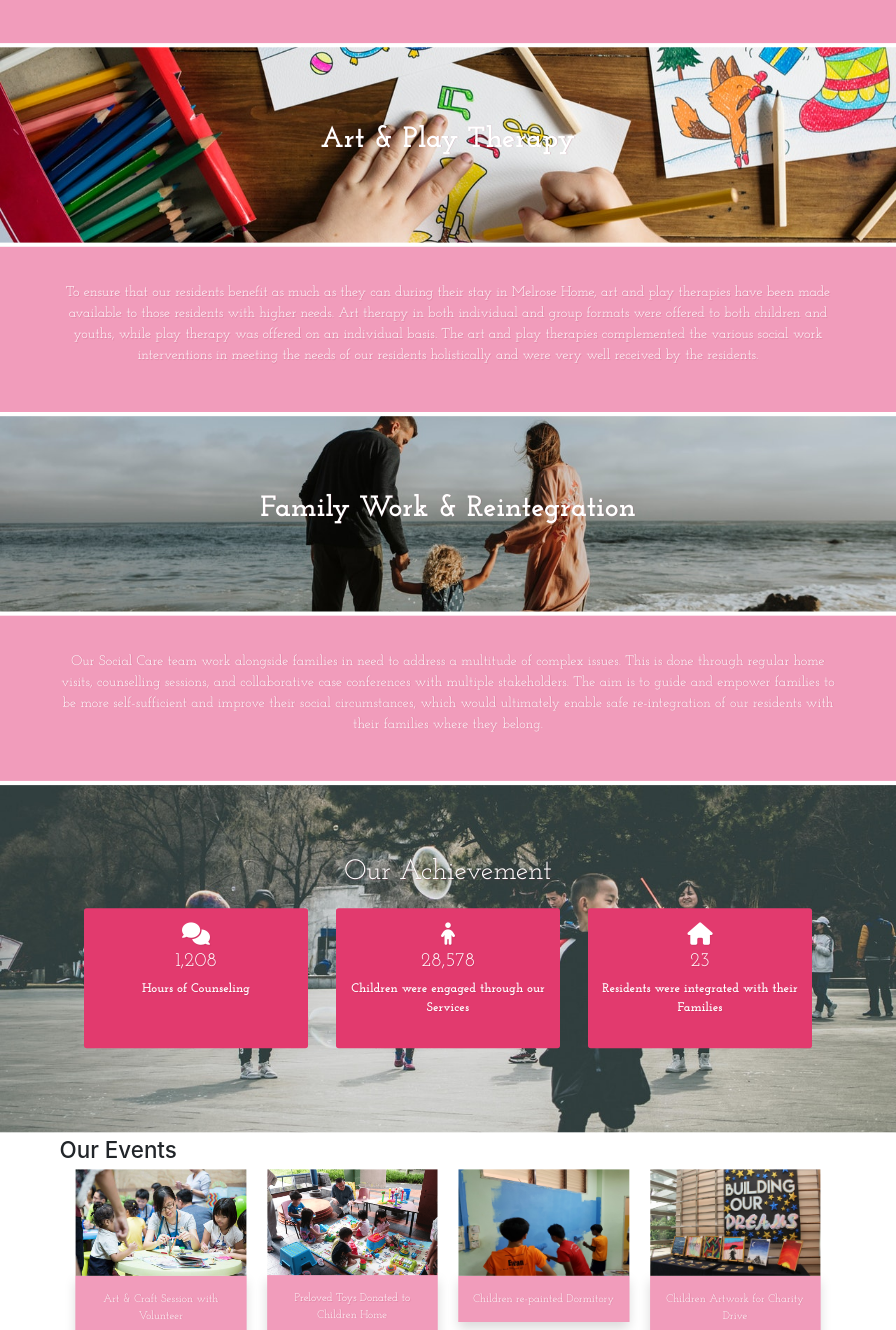
Repository: Code-Institute-Submissions/Jasonngyt-Project1
Page: services.html
The author's editor kept a record of every edit. The page is drawn from the files as they stood at one moment, then again after the next edit.
The browser window is 1280 px wide. The pictures show the part of the page from y = 602 to 2502 px (the page is 2837 px tall before and 3095 px after), at 70% of full size.
A picture or video elsewhere on the page could not be fetched, so the positions and the page height are approximate. Backgrounds fixed to the window are drawn as part of the page. Some web fonts or font styles are not loaded; a fallback is used. Some web libraries are served in a nearby version.

Above is the page before.

### services.html
<!DOCTYPE html>
<html lang="en">
<head>
    <meta charset="UTF-8">
    <meta name="viewport" content="width=device-width, initial-scale=1.0">
    <meta http-equiv="X-UA-Compatible" content="ie=edge">
    <title>Our Services</title>

    <!-- Bootsrap CSS -->
    <link rel="stylesheet" href="https://stackpath.bootstrapcdn.com/bootstrap/4.3.1/css/bootstrap.min.css" integrity="sha384-ggOyR0iXCbMQv3Xipma34MD+dH/1fQ784/j6cY/iJTQUOhcWr7x9JvoRxT2MZw1T" crossorigin="anonymous">

    <!-- Font Awesome -->
    <script src="https://kit.fontawesome.com/749eb0769b.js"></script>

    <!--Google Font -->
    <link href="https://fonts.googleapis.com/css?family=Josefin+Slab|Mansalva&display=swap" rel="stylesheet">

    <!-- mystyle.css -->
    <link rel="stylesheet" href="CSSstyle/mystyle2.css" type="text/css"/>

</head>
<body>

    <!-- Header Navbar -->
    <nav class="navbar navbar-expand-md navbar-light font-weight-bold header_nav">
        <div class="container-fluid d-inline-flex">
            <a class="navbar-brand" href="index.html">
            <img src ="image/logo.png" style="max-width: 100px;"></a>
            <button class="navbar-toggler" type="button" data-toggle="collapse" data-target="#navbarSupportedContent">
                <span class="navbar-toggler-icon"></span>
            </button>

            <div class="collapse navbar-collapse" id="navbarSupportedContent">
                <ul class="navbar-nav ml-auto">
                    <li class="nav-item active">
                        <a class="nav-link nav text-uppercase" href="index.html"><strong>Home</strong><span class="sr-only">(current)</span></a>
                    </li>
                    <li class="nav-item">
                        <a class="nav-link text-uppercase" href="services.html"><strong>Our Services</strong></a>
                    </li>
                    <li class="nav-item">
                        <a class="nav-link text-uppercase" href="enquiry.html" tabindex="-1"><strong>Contact Us</strong></a>
                    </li>
                </ul>
            </div>
        </div>
    </nav>


    <!-- Our Services -->

    <h2>Our Services</h2>
    <div class="service1_photo font-weight-bold">
        <p>Casework & Counselling</p>
    </div>

    <div class="service_word">
        <p class="container">
            Residents in our care are provided individually tailored Care Plans, managed by our Social and Case Workers.
            Casework interventions, therapeutic services and counselling support, are other important services provided
            to address the various behavioural, social and emotional needs of our residents.
        </p>
    </div>

    <div class="service2_photo font-weight-bold">
        <p>Art & Play Therapy</p>
    </div>

    <div class="service_word">
        <p class="container">
            To ensure that our residents benefit as much as they can during their stay in Melrose Home, art and play therapies have been made available to those residents with higher needs.
            Art therapy in both individual and group formats were offered to both children and youths, while play therapy was offered on an individual basis.
            The art and play therapies complemented the various social work interventions in meeting the needs of our residents holistically and were very well received by the residents.
        </p>
    </div>

     <div class="service3_photo font-weight-bold">
        <p>Family Work & Reintegration</p>
    </div>

    <div class="service_word">
        <p class="container">
            Our Social Care team work alongside families in need to address a multitude of complex issues.  This is done through regular home visits, counselling sessions, and collaborative case conferences with multiple stakeholders.
            The aim is to guide and empower families to be more self-sufficient and improve their social circumstances, which would ultimately enable safe re-integration of our residents with their families where they belong.
        </p>
    </div>


     <!-- Our Achievement -->

    <div class="container-fluid achievement_photo">
        <h1>Our Achievement</h1>
        <div class="row justify-content-center">
            <div class="achievement rounded col-sm-11 col-md-3 font-weight-bold text-center"><h2 class="fas fa-comments"></h2><h3>1,208</h3> <p> Hours of Counseling </p></div>
            <div class="achievement rounded col-sm-11 col-md-3 font-weight-bold text-center"><h2 class="fas fa-child"></h2><h3>28,578</h3> <p> Children were engaged through our Services </p></div>
            <div class="achievement rounded col-sm-11 col-md-3 font-weight-bold text-center"><h2 class="fas fa-home"></h2><h3>23</h3> <p> Residents were integrated with their Families </p></div>
        </div>
    </div>


    <!-- Our Event -->

    <div class="container">
        <h2>Our Events</h2>
        <div class="row m-2">
            <div class="col-sm-5 col-md-3 card-img-top"><img src ="image/event1_photo.jpg" class ="w-100">
                <div class="card-body text-center shadow event_style">Art & Craft Session with Volunteer</div>
            </div>
            <div class="col-sm-5 col-md-3 card-img-top"><img src ="image/event2_photo.png" class ="w-100">
                <div class="card-body text-center shadow event_style">Preloved Toys Donated to  Children Home</div>
            </div>
            <div class="col-sm-5 col-md-3 card-img-top"><img src ="image/event3_photo.jpg" class ="w-100" style="height:152px;">
                <div class="card-body text-center shadow event_style">Children re-painted Dormitory</div>
            </div>
            <div class="col-sm-5 col-md-3 card-img-top"><img src ="image/event4_photo.jpg" class ="w-100" style="height:152px;">
                <div class="card-body text-center shadow event_style">Children Artwork for Charity Drive</div>
            </div>
        </div>
        <div class="row m-2">
            <div class="col-sm-5 col-md-3 card-img-top"><img src ="image/event5_photo.jpg" class ="w-100 d-sm-none d-md-block">
                <div class="card-body text-center shadow event_style">Children Playtime</div>
            </div>
            <div class="col-sm-5 col-md-3 card-img-top"><img src ="image/event6_photo.jpg" class ="w-100 d-sm-none d-md-block">
                <div class="card-body text-center shadow event_style">Annual Athletic Meet</div>
            </div>
            <div class="col-sm-5 col-md-3 card-img-top"><img src ="image/event7_photo.jpg" class ="w-100 d-sm-none d-md-block">
                <div class="card-body text-center shadow event_style">Art Therapy Session</div>
            </div>
            <div class="col-sm-5 col-md-3 card-img-top"><img src ="image/event8_photo.jpg" class ="w-100 d-sm-none d-md-block">
                <div class="card-body text-center shadow event_style">Cooking Lesson by Volunteer</div>
            </div>
        </div>
    </div>


    <!-- Footer Navbar -->

    <nav class="navbar navbar-light justify-content-md-center footer_nav">
        <div class="row">
            <div class="fas fa-map-marked-alt pr-4"> Address: 24 Ang Mo Kio Street 5, Singapore 661565</div>
        </div>
        <div class="row pr-mb-3 p-sm-2">
            <div class="fas fa-phone-volume pr-4"> Contact: 64528729</div>
            <div class="fas fa-envelope pr-4"> Email: <a href="maito: sparkletree@charity.com">sparkletree@charity.com </a></div>
        </div>
        <div class="row p-sm-1" align="left">
            <div class="pr-4 pt-2">Follow Us on</div>
            <a class="navbar-brand" href="#! pr-4 pt-2"><i class="fab fa-facebook-square text-white pr-3"></i></a>
            <a class="navbar-brand" href="#!"><i class="fab fa-instagram text-white"></i></a>
        </div>
    </nav>


    <!-- Bootstrap Javascript -->

    <script src="https://code.jquery.com/jquery-3.3.1.slim.min.js" integrity="sha384-q8i/X+965DzO0rT7abK41JStQIAqVgRVzpbzo5smXKp4YfRvH+8abtTE1Pi6jizo" crossorigin="anonymous"></script>
    <script src="https://cdnjs.cloudflare.com/ajax/libs/popper.js/1.14.7/umd/popper.min.js" integrity="sha384-UO2eT0CpHqdSJQ6hJty5KVphtPhzWj9WO1clHTMGa3JDZwrnQq4sF86dIHNDz0W1" crossorigin="anonymous"></script>
    <script src="https://stackpath.bootstrapcdn.com/bootstrap/4.3.1/js/bootstrap.min.js" integrity="sha384-JjSmVgyd0p3pXB1rRibZUAYoIIy6OrQ6VrjIEaFf/nJGzIxFDsf4x0xIM+B07jRM" crossorigin="anonymous"></script>

</body>
</html>

### CSSstyle/mystyle2.css
/* The following CSS code are written by me.*/

@import url('//fonts.googleapis.com/css?family=Josefin+Slab:400,700');

/* Enquire CSS */

*{
	padding: 0px;
	margin: 0px;
	box-sizing: border-box;
}


/* Our Service CSS */

.service1_photo{
	background-image: url("../image/service1_photo.jpg");
	background-position: center;
	background-attachment: fixed;
	background-size: cover;
    padding-top: 100px;
    padding-bottom: 100px;
    font-family:'Josefin Slab', 'Myriad Pro', Arial, sans-serif;
    font-size: 42px;
    text-shadow: 1px 1px 1px rgba(151,24,64,0.2);
    width:100%;
    color: white;
    text-align: center;
    overflow: hidden;
    display: inline-block;
}

.service2_photo{
	background-image: url("../image/service2_photo.jpg");
	background-position: center;
	background-attachment: fixed;
	background-size: cover;
    padding-top: 100px;
    padding-bottom: 100px;
    font-family:'Josefin Slab', 'Myriad Pro', Arial, sans-serif;
    font-size: 42px;
    text-shadow: 1px 1px 1px rgba(151,24,64,0.2);
    width:100%;
    color: white;
    text-align: center;
    overflow: hidden;
    display: inline-block;
}

.service3_photo{
	background-image: url("../image/service3_photo.jpg");
	background-position: center;
	background-attachment: fixed;
	background-size: cover;
    padding-top: 100px;
    padding-bottom: 100px;
    font-family: 'Josefin Slab', Arial, sans-serif;
    font-size: 42px;
    text-shadow: 1px 1px 1px rgba(151,24,64,0.2);
    width:100%;
    color: white;
    text-align: center;
    overflow: hidden;
    display: inline-block;
}

.service_word{
    background-color: #F19CBB;
    padding-top: 50px;
    padding-bottom: 50px;
    font-family: 'Josefin Slab', Arial, sans-serif;
    font-size: 20px;
    text-shadow: 1px 1px 1px rgba(151,24,64,0.2);
    width:100%;
    color: white;
    text-align: center;
    overflow: hidden;
    display: inline-block;
}


/* Our Achievement CSS */

.achievement_photo{
	background-image: url("../image/achievement_photo.jpg");
	background-position: center;
	background-attachment: fixed;
	background-size: cover;
    padding-top: 100px;
    padding-bottom: 100px;
    font-family: 'Josefin Slab', Arial, sans-serif;
    font-size: 42px;
    text-shadow: 1px 1px 1px rgba(151,24,64,0.2);
    width:100%;
    color: white;
    text-align: center;
    font-size: large;
    overflow: hidden;
    display: inline-block;
}

.achievement {
    height: 200px;
    background-color: #e23a6e;
    margin: 20px;
    color: white;
    padding: 20px;
}


/* Our Event CSS */

.event_style{
    border: 1px solid #F19CBB;
    background-color: #F19CBB;
    color: white;
    font-family: 'Josefin Slab', Arial, sans-serif;
    text-shadow: 1px 1px 1px rgba(151,24,64,0.2);
}


/* Our Enquiry CSS */

.enquiry_bg{
    background-image: url("../image/pink_background.jpg");
    position: relative;
    background-repeat: no-repeat;
    background-size: cover;
    padding: 0px;
}

/* Video Player CSS in Enquiry */
.youtube-player{
    z-index: 1;

}

.video-responsive{
    overflow:hidden;
    padding-bottom: 100%;
    position:relative;
    height:0;
}

.video-responsive iframe{
    left:0;
    top:10%;
    height:100%;
    width:100%;
    position:absolute;
}

.bg_word{
    font-family: 'Mansalva', cursive;
}

/* Header Navbar CSS */

.header_nav{
    font-family: 'Josefin Slab', Arial, sans-serif;

}

/* Footer Navbar CSS */

.footer_nav{
     background-color: #e23a6e;
     font-family: 'Josefin Slab', Arial, sans-serif;
     color: white;
     text-shadow: 1px 1px 1px rgba(151,24,64,0.2);
     bottom: 0px;
     padding-top: 5px;
     padding-bottom: 5px;
}

After the next edit:
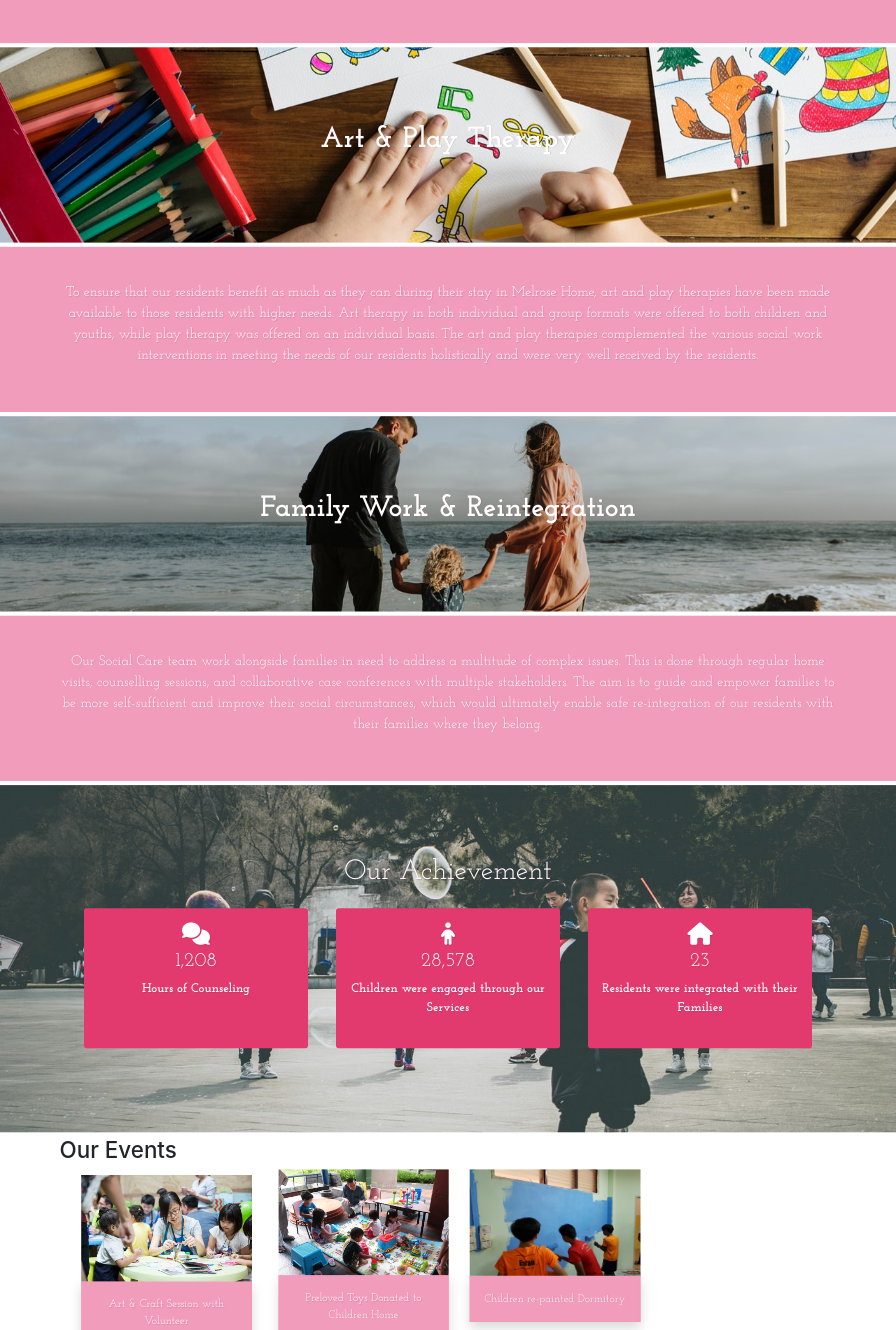
The edit:
--- a/services.html
+++ b/services.html
@@ -103,7 +103,7 @@
     <div class="container">
         <h2>Our Events</h2>
         <div class="row m-2">
-            <div class="col-sm-5 col-md-3 card-img-top"><img src ="image/event1_photo.jpg" class ="w-100">
+            <div class="col-sm-5 col-md-3 card-img-top m-2"><img src ="image/event1_photo.jpg" class ="w-100">
                 <div class="card-body text-center shadow event_style">Art & Craft Session with Volunteer</div>
             </div>
             <div class="col-sm-5 col-md-3 card-img-top"><img src ="image/event2_photo.png" class ="w-100">
